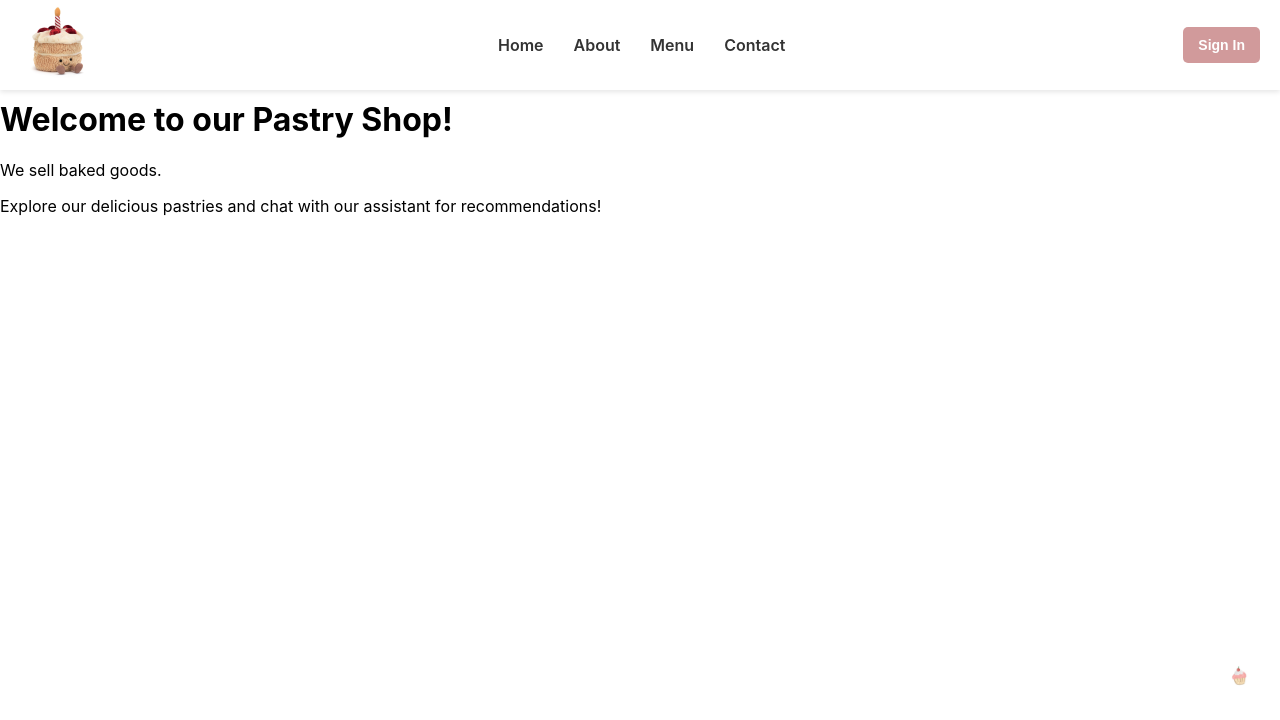
Repository: agrnerd17/Website-Chatbot
Page: / (app in pastry-chatbot/)
These files come from the project's save history. The page is drawn as it stood at one moment and after the next save; the edit follows.
The browser window is 1280 px wide. The pictures show the whole page.
The project was rebuilt for these pictures with package versions that can differ from the ones it lists, and the page was loaded fresh each time. Also part of the build but not shown: pastry-chatbot/src/api/cohereAPI.js, pastry-chatbot/src/components/Chatbot.js, pastry-chatbot/src/styles/ChatbotIcon.css.

Above is the page before, as saved 2024-12-08 19:19:55.

After the next save:
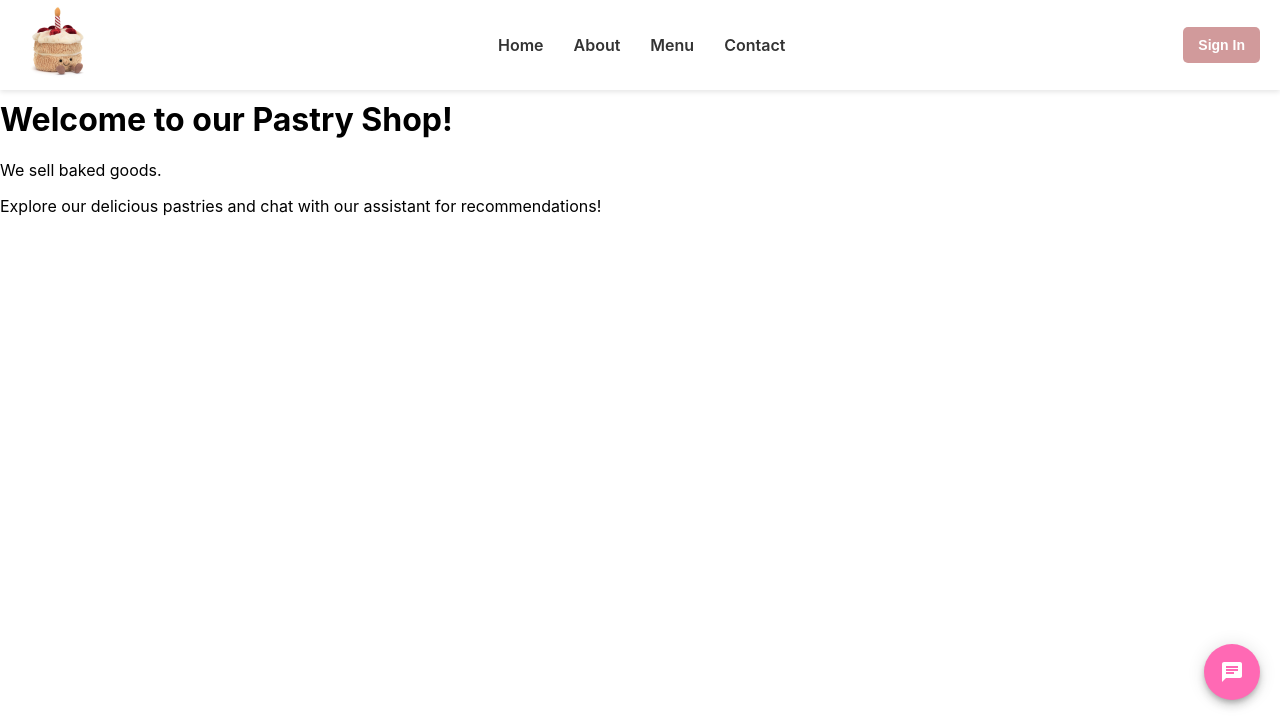
Saved 6 min 41 s later.
--- a/pastry-chatbot/src/App.js
+++ b/pastry-chatbot/src/App.js
@@ -4,6 +4,7 @@ import Navbar from "./components/Navbar";
 import ChatbotIcon from "./components/ChatbotIcon";
 import "./styles/Navbar.css";
 import "./styles/ChatbotIcon.css";
+import PastryBot from "./components/PastryBot";
 
 function App() {
   const [isChatbotOpen, setIsChatbotOpen] = useState(false); // State to control chatbot visibility
@@ -30,6 +31,17 @@ function App() {
 
       {/* Chatbot Icon */}
       <ChatbotIcon onClick={toggleChatbot} />
+      {/* Pastrybot UI */}
+      <div
+      style={{
+        position: "fixed",
+        bottom: "20px",
+        right: "20px",
+        zIndex: 1000
+      }}
+      >
+        <PastryBot />
+      </div>
     </div>
   );
 }
